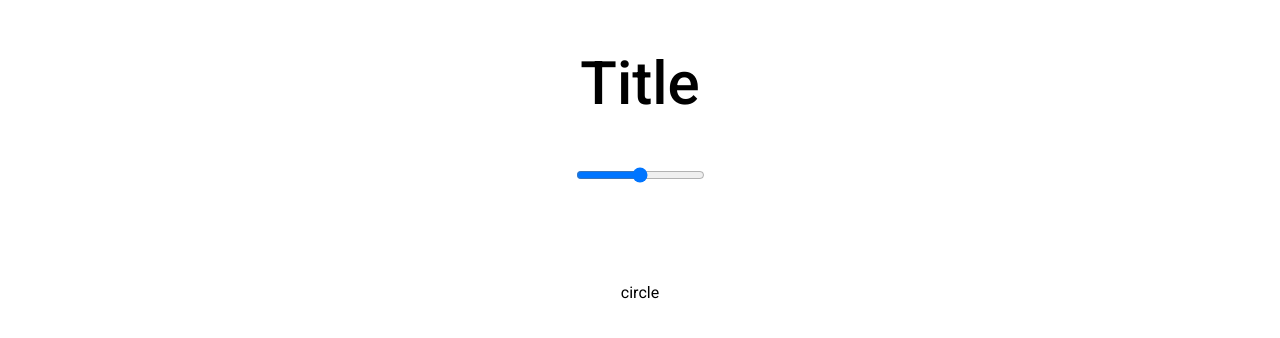
Repository: dydals3440/react-mini-projects
Page: /
The author's editor kept a copy of each file at every save. The page is drawn from the files as they stood at one save, then again after the next save.
The browser window is 1280 px wide. The pictures show the whole page.
The project was rebuilt for these pictures with package versions that can differ from the ones it lists, and the page was loaded fresh each time.

Above is the page before, as saved 2023-10-02 23:13:33.

After the next save:
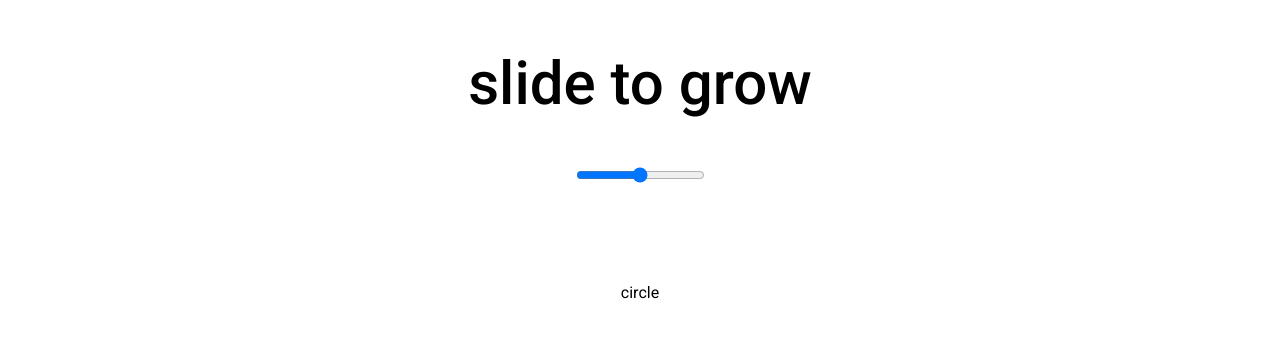
Saved 27 s later.
--- a/src/projects/09-slider/SliderApp.jsx
+++ b/src/projects/09-slider/SliderApp.jsx
@@ -4,7 +4,7 @@ import { Title } from '../components/Title';
 export default function SliderApp() {
   return (
     <div>
-      <Title />
+      <Title text={'slide to grow'} />
       <SliderComponent />
     </div>
   );
